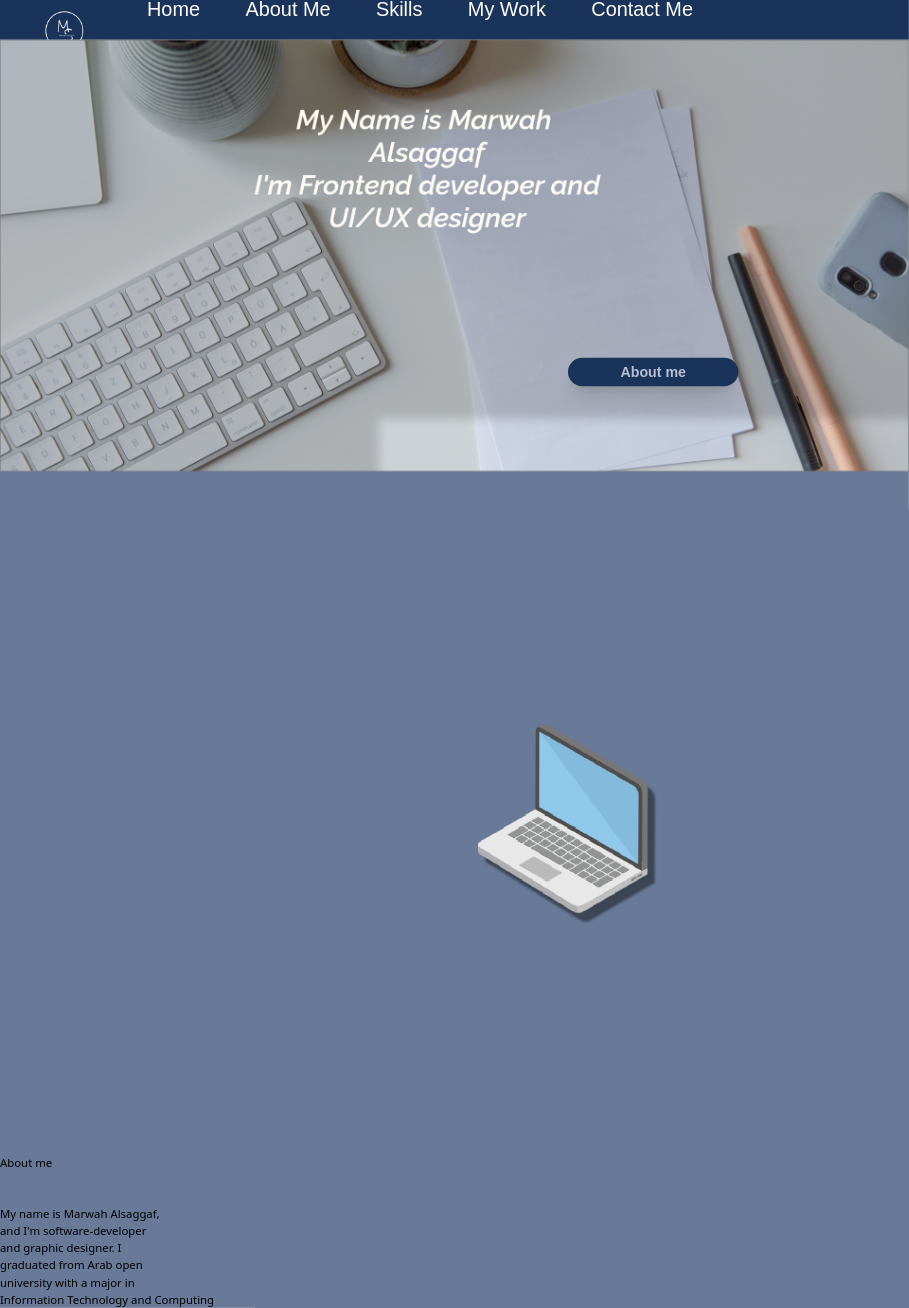
Repository: MEROO1010/my_portfolio
Page: /
An editor plug-in stored every save of this project. The page is shown before and after a run of saves, followed by the edit.
The browser window is 1280 px wide. The pictures show the whole page, at 71% of full size.
The project was rebuilt for these pictures with package versions that can differ from the ones it lists, and the page was loaded fresh each time. The framework's server and built-in components were replaced by stand-ins that run in the browser. Also part of the build but not shown: next.config.js.

Above is the page before, as saved 2023-03-10 02:14:55.

After the next 2 saves:
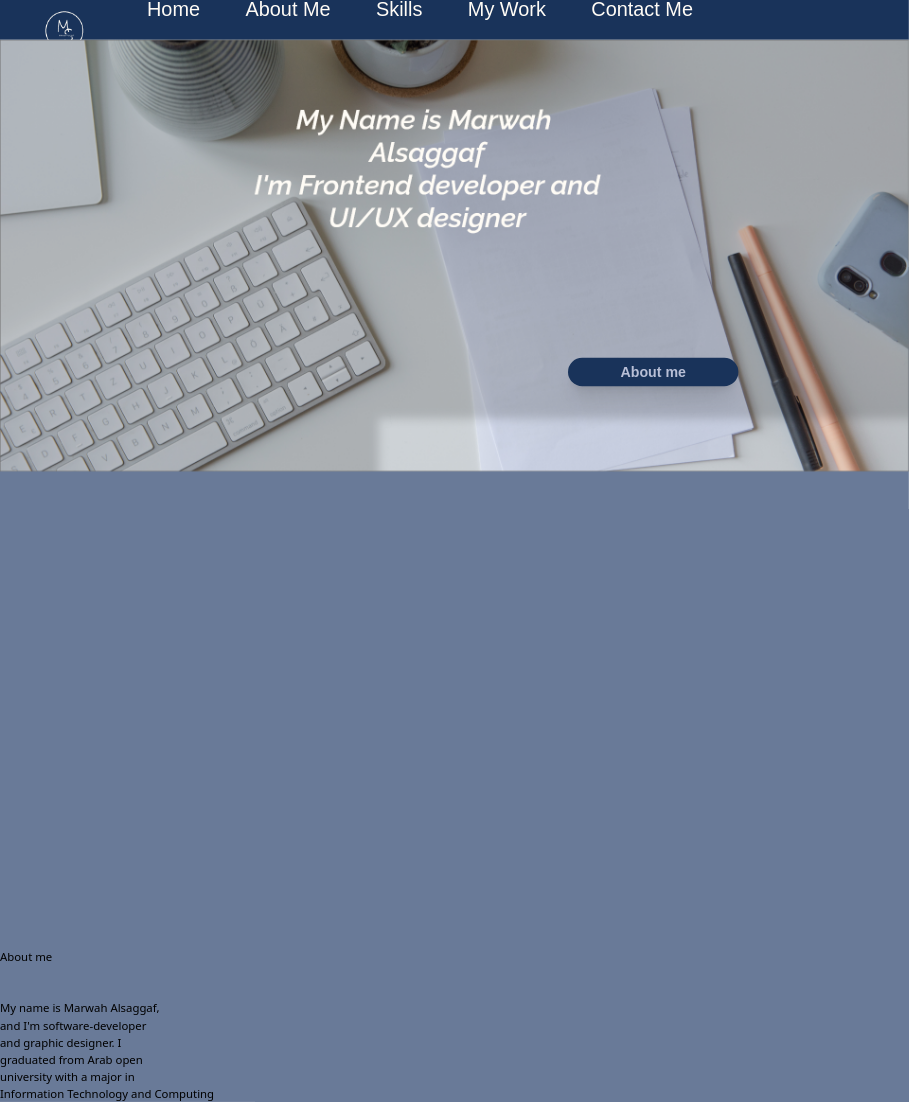
The 2 saves are shown as one change because they came seconds apart.
The last was saved 13 s later.
--- a/pages/components/AboutMe.tsx
+++ b/pages/components/AboutMe.tsx
@@ -6,7 +6,7 @@ const AboutMe = () => {
   return (
     <div className="bg-[#697A98]  ">
 
-        <div className=" relative px-44 py-80 my-80 mx-80 left-40 top-80">
+        <div className=" relative px-80 py-80 my-80 mx-80 left-40 top-80">
         <Image src="/assets/images/laptop-screen.png" alt="laptop" width={542} height={542}/>
         </div>
 
